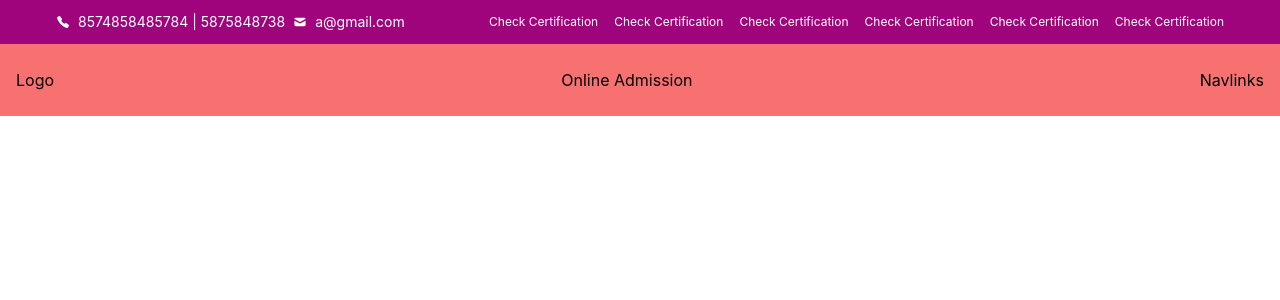
Repository: Sushant203/react-training-
Page: /
The author's editor kept a copy of each file at every save. The page is drawn from the files as they stood at one save, then again after a run of saves.
The browser window is 1280 px wide. The pictures show the whole page.
The project was rebuilt for these pictures with package versions that can differ from the ones it lists, and the page was loaded fresh each time. Also part of the build but not shown: src/App.css, src/components/LowerNav.jsx, src/components/UpperNav.jsx.

Above is the page before, as saved 2022-12-19 09:40:18.

After the next 4 saves:
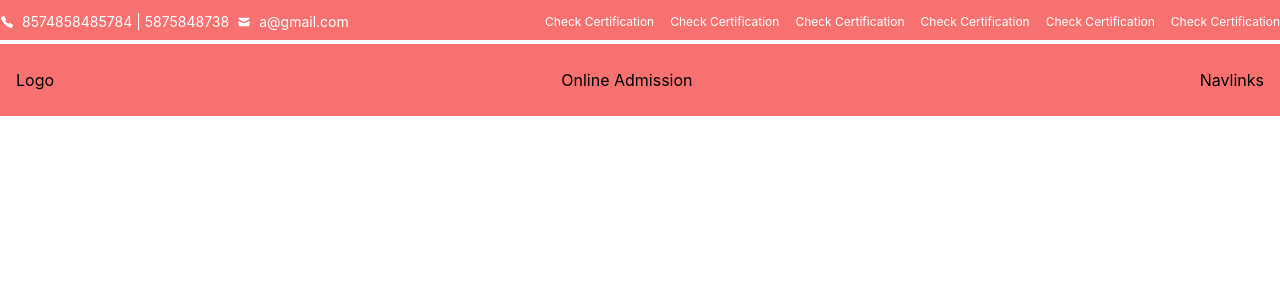
The 4 saves are shown as one change because they came seconds apart.
The last was saved 18 s later.
--- a/src/components/Naviagtion/Toolbar/header.jsx
+++ b/src/components/Naviagtion/Toolbar/header.jsx
@@ -11,7 +11,7 @@ function Header() {
     { title: "check certificate" },
   ];
   return (
-    <div className="py-3 px-14 bg-mainColor w-full flex items-center justify-between text-sm">
+    <div className="py-3  w-full flex items-center justify-between text-sm">
       {/* number and email */}
       <div className="flex gap-2  text-white">
         <div className="flex gap-2  items-center">
